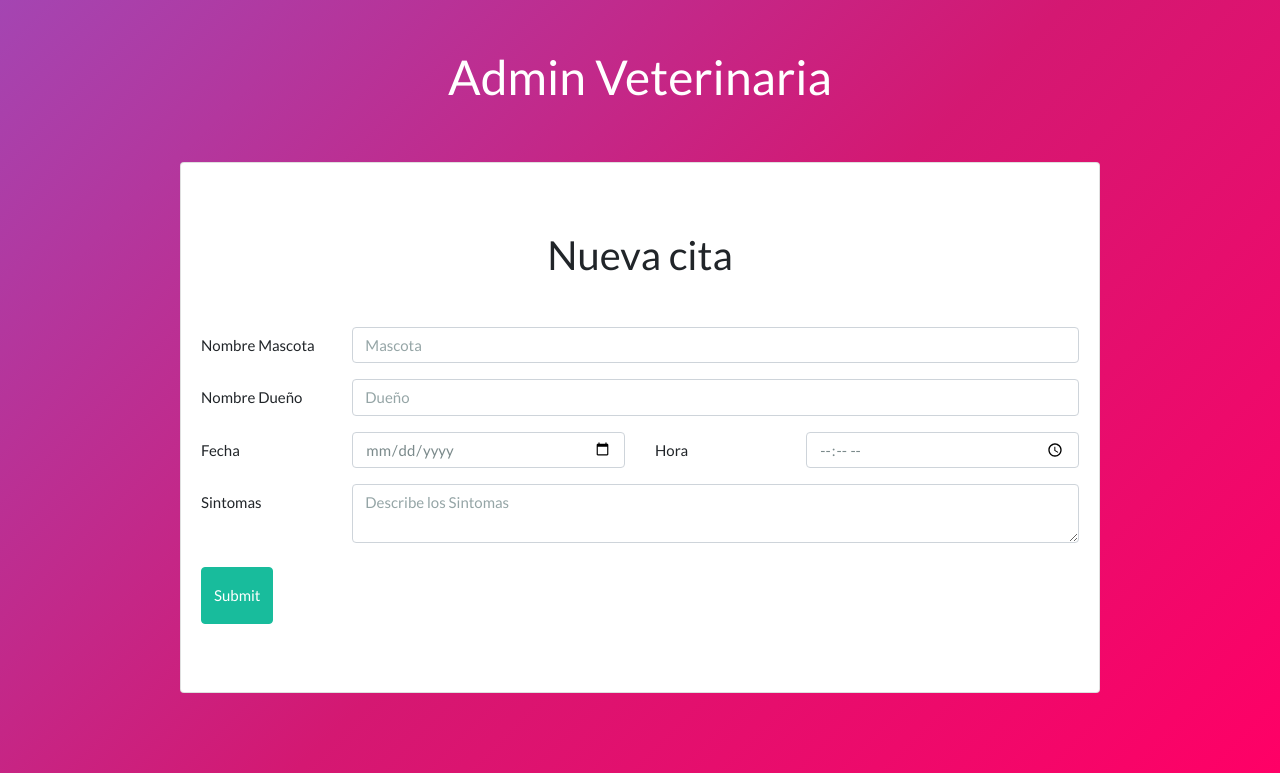
Repository: ppfeliuu/Veterinaria
Page: /
The author's editor kept a copy of each file at every save. The page is drawn from the files as they stood at one save, then again after the next save.
The browser window is 1280 px wide. The pictures show the whole page.
The project was rebuilt for these pictures with package versions that can differ from the ones it lists, and the page was loaded fresh each time.

Above is the page before, as saved 2019-06-17 17:17:25.

After the next save:
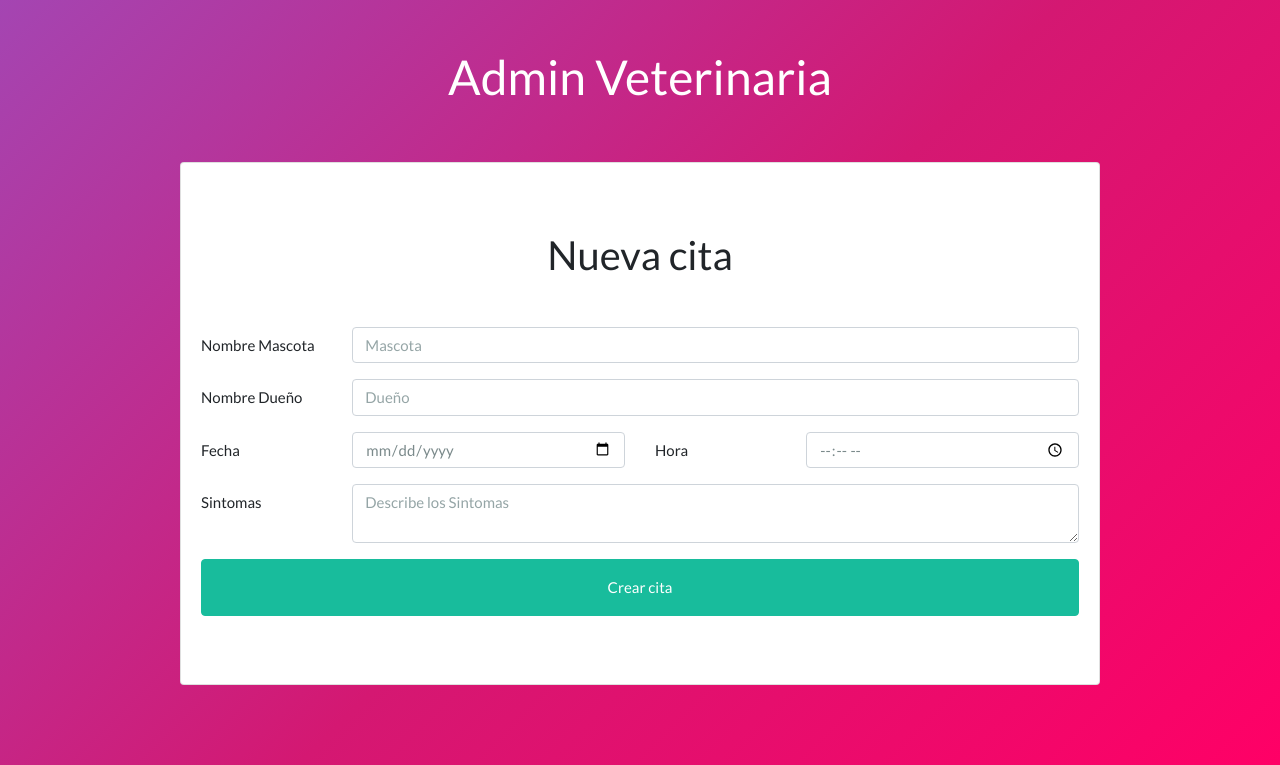
Saved 24 s later.
--- a/src/components/NuevaCita.js
+++ b/src/components/NuevaCita.js
@@ -74,7 +74,7 @@ class NuevaCita extends Component {
                           </div>
                         </div>
 
-                        <input type="submit" className="py-3 mt-2 btn btn-success" />
+                        <input type="submit" className="py-3 mt-2 btn btn-success btn-block" value="Crear cita" />
                     </form>
                 </div>
             </div>
